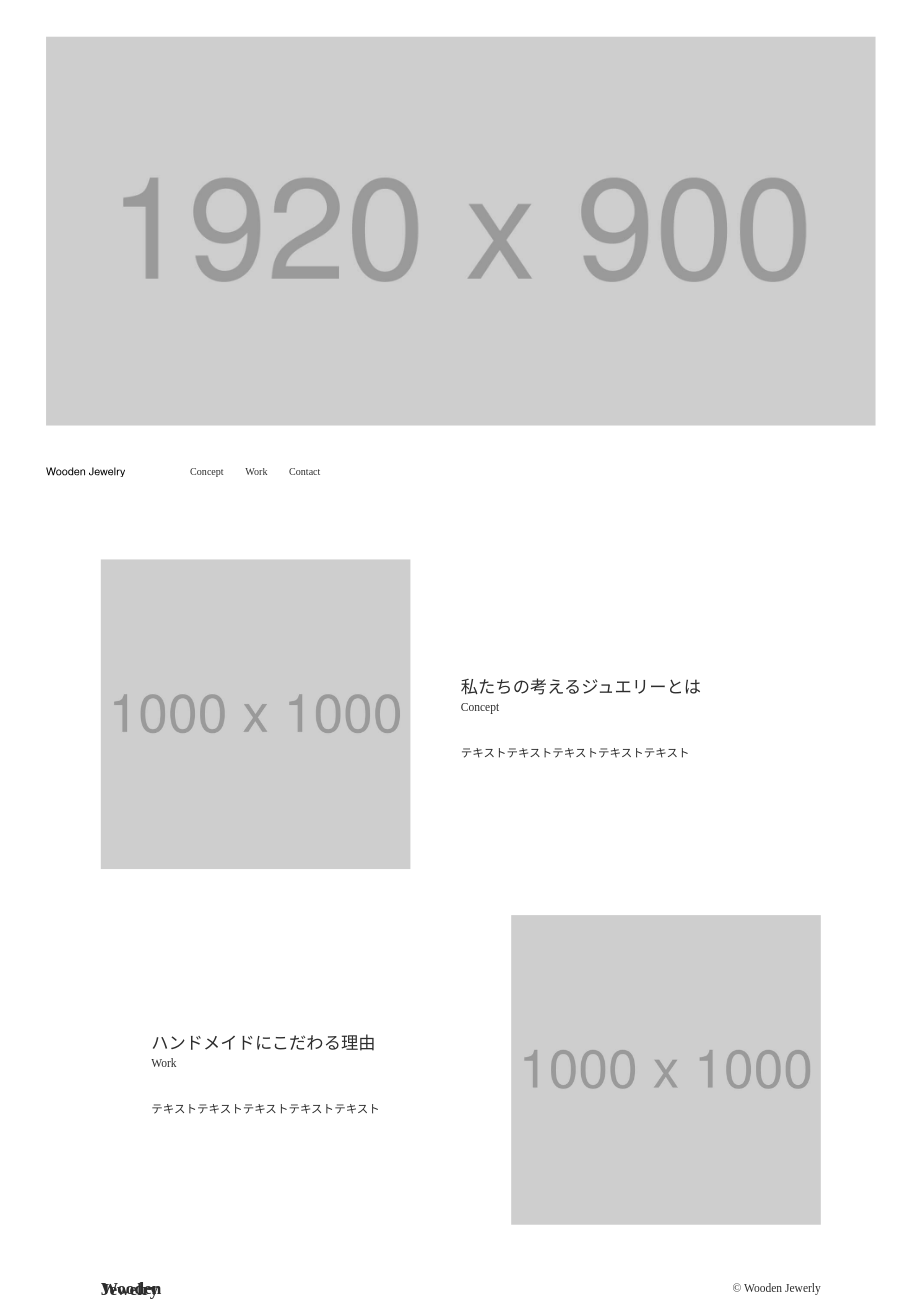
Repository: Fuki-san/jewelry
Page: http://localhost/jewelry
These files come from the project's save history. The page is drawn as it stood at one moment and after the next save; the edit follows.
The browser window is 1280 px wide. The pictures show the whole page, at 72% of full size.
The page is served by the project's Laravel application, run on PHP 8.4 with Laravel 10.

Above is the page before, as saved 2023-11-26 15:01:23.

After the next save:
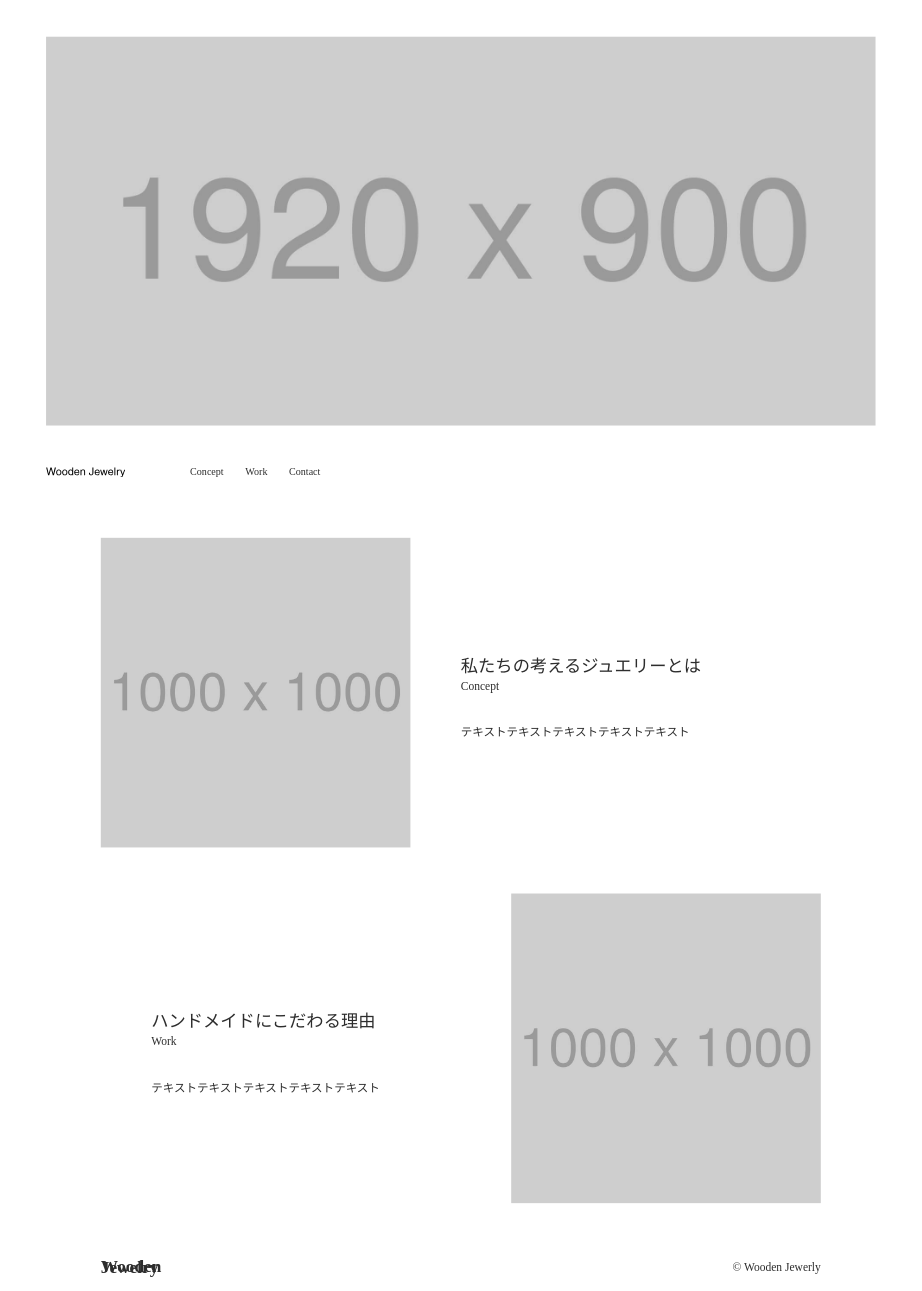
Saved 102 s later.
--- a/public/css/style.css
+++ b/public/css/style.css
@@ -89,18 +89,6 @@ img{
     padding: 0 7%;
 }
 
-
-
-
-
-.container{
-    padding-top: 30px;
-}
-.text{
-    padding: 30px 0;
-}
-
-
 #footer {
     display: flex;
     justify-content: space-between;
